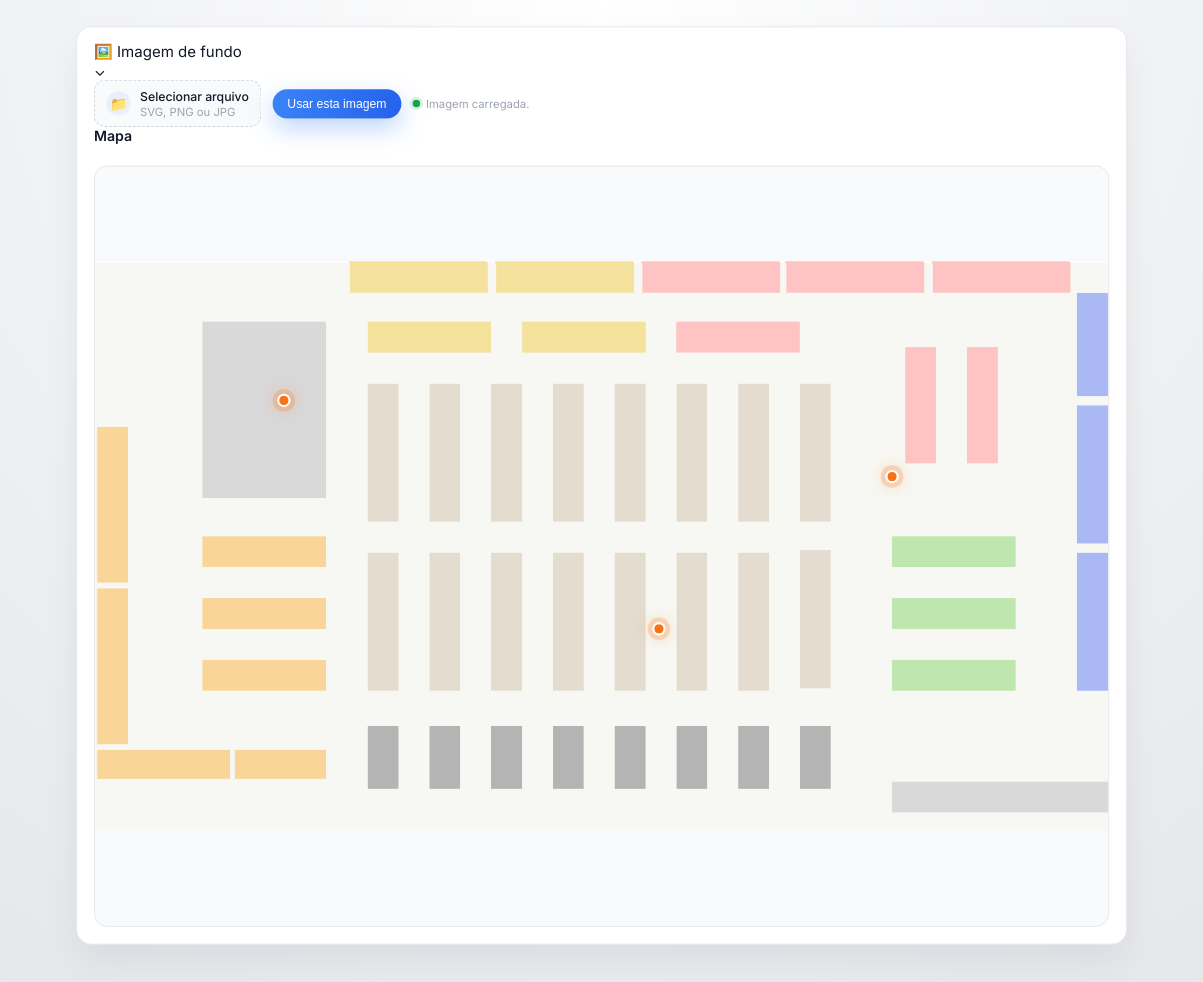
Repository: joaopanceri/mqtt-mapa-flask
Page: http://localhost/
These files come from the project's save history. The page is drawn as it stood at one moment and after the next save; the edit follows.
The browser window is 1280 px wide. The pictures show the whole page, at 94% of full size.
The page is served by the project's application, run on Flask 3 (app.py).

Above is the page before, as saved 2025-11-20 15:26:18.

After the next save:
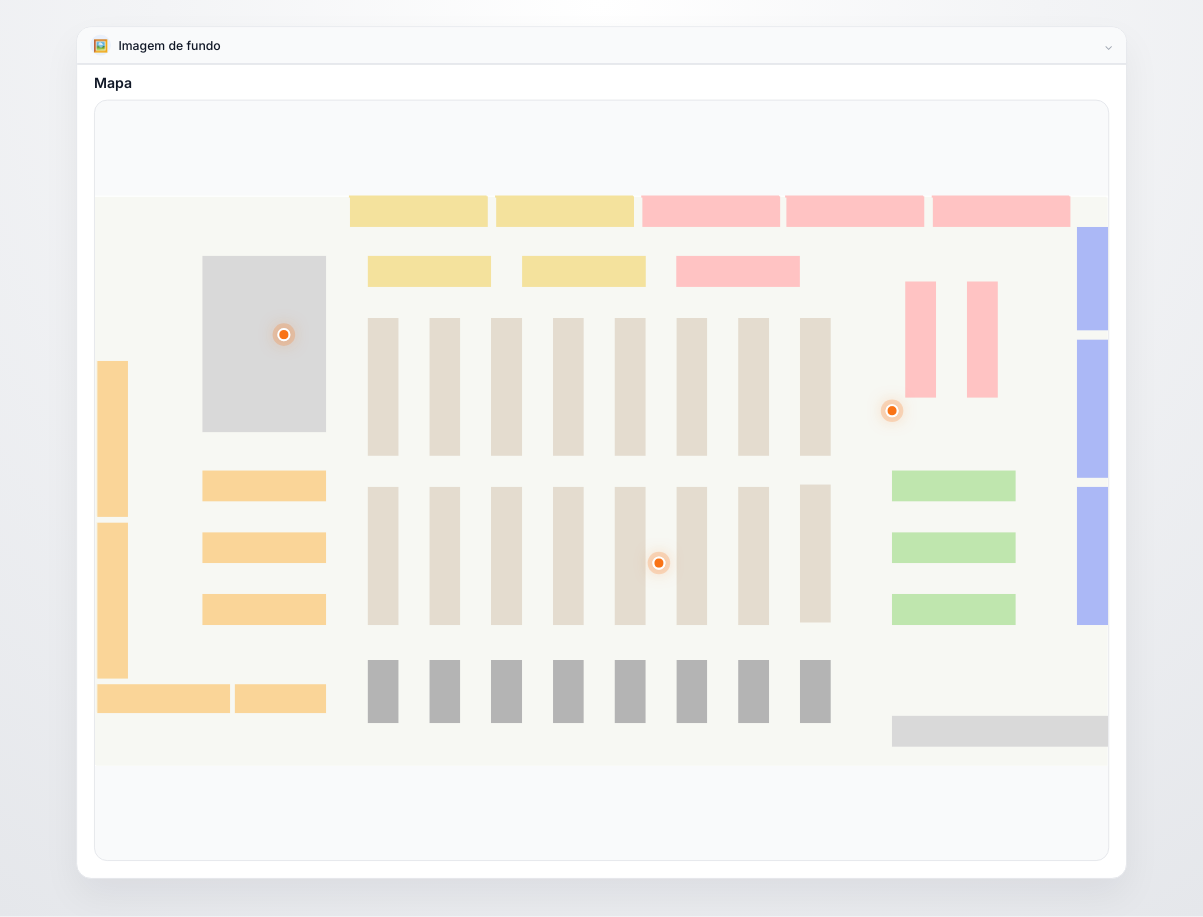
Saved 8 s later.
--- a/static/css/style.css
+++ b/static/css/style.css
@@ -39,37 +39,98 @@ body {
 }
 
 /* ===== Layout principal ===== */
-/* Agora tudo em coluna: upload em cima, mapa embaixo */
 .app-main {
   display: flex;
   flex-direction: column;
   gap: 16px;
 }
 
-/* ===== Cards ===== */
+/* ===== Card principal ===== */
 .card {
   background: var(--bg-card);
   border-radius: var(--radius-lg);
   border: 1px solid var(--border-subtle);
   box-shadow: var(--shadow-soft);
-  padding: 16px 18px 18px;
-}
-
-.card-title {
-  margin: 0 0 8px;
-  font-size: 15px;
-  font-weight: 600;
-}
-
-.card-header-row {
-  display: flex;
+  padding: 0; /* vamos controlar o padding internamente */
+  overflow: hidden;
+}
+
+.card-map {
+  display: flex;
+  flex-direction: column;
+}
+
+/* ===== Aba de upload (colada no topo do card) ===== */
+.upload-tab {
+  display: flex;
+  align-items: center;
   justify-content: space-between;
+  padding: 8px 14px;
+  border-bottom: 1px solid var(--border-subtle);
+  cursor: pointer;
+  background: #f9fafb;
+  transition: background 0.18s ease, box-shadow 0.18s ease;
+}
+
+.upload-tab:hover {
+  background: #edf2ff;
+  box-shadow: 0 4px 14px rgba(148, 163, 184, 0.3);
+}
+
+.upload-tab-label {
+  display: flex;
   align-items: center;
   gap: 8px;
-  margin-bottom: 10px;
-}
-
-/* ===== Upload ===== */
+  font-size: 13px;
+  font-weight: 500;
+  color: var(--text-main);
+}
+
+.upload-tab-icon {
+  width: 22px;
+  height: 22px;
+  border-radius: 999px;
+  background: var(--accent-soft);
+  display: flex;
+  align-items: center;
+  justify-content: center;
+  font-size: 13px;
+}
+
+.upload-tab-chevron {
+  font-size: 12px;
+  color: var(--text-soft);
+  transition: transform 0.18s ease;
+}
+
+/* Rotaciona o chevron quando aberto */
+.upload-tab-chevron.open {
+  transform: rotate(180deg);
+}
+
+/* ===== Painel de upload (colapsável) ===== */
+.upload-panel {
+  max-height: 0;
+  overflow: hidden;
+  opacity: 0;
+  transform: translateY(-6px);
+  padding: 0 18px;
+  transition:
+    max-height 0.26s ease,
+    opacity 0.18s ease,
+    transform 0.18s ease;
+}
+
+/* Quando aberto */
+.upload-panel.open {
+  padding-top: 10px;
+  padding-bottom: 10px;
+  max-height: 200px; /* suficiente pro conteúdo */
+  opacity: 1;
+  transform: translateY(0);
+}
+
+/* ===== Upload form ===== */
 .upload-form {
   display: flex;
   flex-direction: column;
@@ -172,7 +233,6 @@ body {
   color: var(--text-soft);
 }
 
-/* versão inline (sem margem embaixo) */
 .current-image-inline {
   margin-top: 0;
 }
@@ -192,14 +252,25 @@ body {
   background: #d1d5db;
 }
 
+/* ===== Cabeçalho do mapa ===== */
+.card-header-row {
+  display: flex;
+  justify-content: space-between;
+  align-items: center;
+  gap: 8px;
+  padding: 10px 18px 8px;
+  border-top: 1px solid var(--border-subtle);
+}
+
+.card-title {
+  margin: 0;
+  font-size: 15px;
+  font-weight: 600;
+}
+
 /* ===== Mapa ===== */
-.card-map {
-  display: flex;
-  flex-direction: column;
-}
-
 .map-wrapper {
-  margin-top: 4px;
+  padding: 0 18px 18px;
 }
 
 .map-container {
